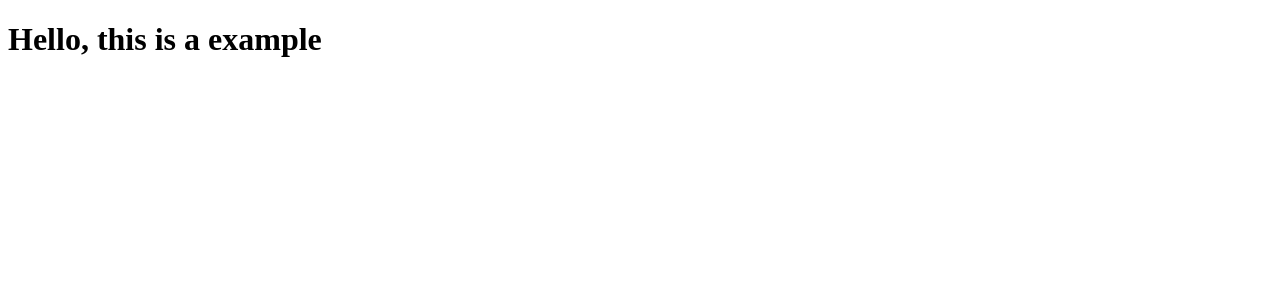
Repository: KarolayTH/MyWeb
Page: web.html
An editor plug-in stored every save of this project. The page is shown before and after the next save, followed by the edit.
The browser window is 1280 px wide. The pictures show the whole page.

Above is the page before, as saved 2024-03-05 20:23:56.

### web.html
<!DOCTYPE html>
<html>
    <head>
        <title> MyWeb</title>
    </head>
    <body>
        <div>
            <h1>
                Hello, this is a example
            </h1>
        </div>
    </body>
</html>

After the next save:
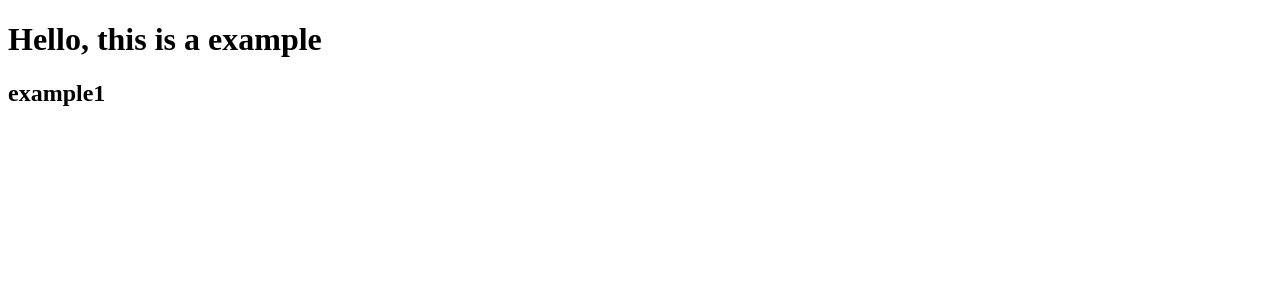
Saved 7 days later.
--- a/web.html
+++ b/web.html
@@ -8,6 +8,9 @@
             <h1>
                 Hello, this is a example
             </h1>
+            <h2>
+                example1
+            </h2>
         </div>
     </body>
 </html>
